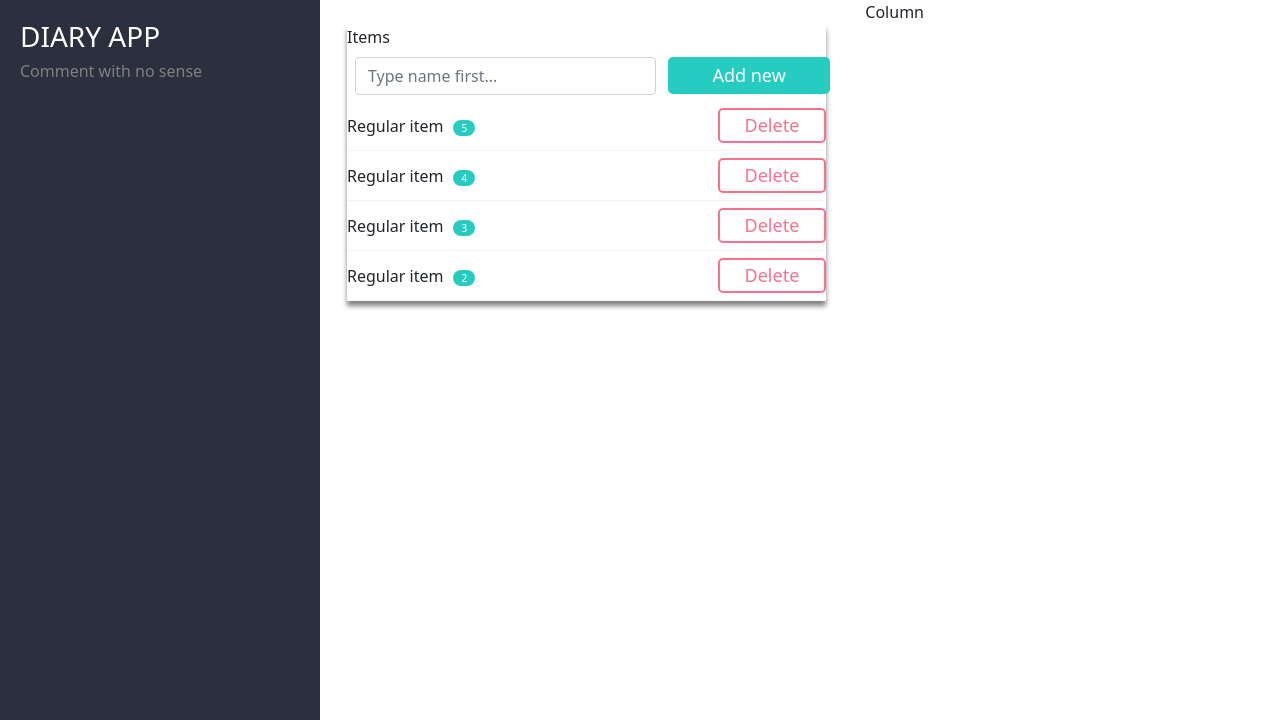
Repository: tsydikov/diary
Page: /
These files come from the project's save history. The page is drawn as it stood at one moment and after the next save; the edit follows.
The browser window is 1280 px wide. The pictures show the whole page.
The project was rebuilt for these pictures with package versions that can differ from the ones it lists, and the page was loaded fresh each time.

Above is the page before, as saved 2021-09-10 21:29:54.

### public/index.html
<!DOCTYPE html>
<html lang="en">
  <head>
    <meta charset="utf-8" />
    <meta name="viewport" content="width=device-width, initial-scale=1" />
    <link href="https://cdn.jsdelivr.net/npm/bootstrap@5.1.1/dist/css/bootstrap.min.css" rel="stylesheet" integrity="sha384-F3w7mX95PdgyTmZZMECAngseQB83DfGTowi0iMjiWaeVhAn4FJkqJByhZMI3AhiU" crossorigin="anonymous">
    <title>Diary App</title>
  </head>
  <body>
    <noscript>You need to enable JavaScript to run this app.</noscript>
    <div id="root"></div>
  </body>
</html>

### src/App.js
import React, { useState } from "react";
import Navbar from "./UI/Navbar/Navbar";
import './styles/App.css'
import Items from "./components/Items";
import ItemForm from "./components/ItemForm";

function App() {
  const [items, setItems] = useState([
    { id: 1, title: 'Regular item', comments: [1, 2, 3, 4, 5] },
    { id: 2, title: 'Regular item', comments: [1, 2, 3, 4] },
    { id: 3, title: 'Regular item', comments: [1, 2, 3] },
    { id: 4, title: 'Regular item', comments: [1, 2] },
  ])
  const createItem = (newItem) => {
    setItems([...items, newItem])
  }


  return (
    <div className="container-fluid" >
      <div className="row " >
        <div className="col-3 px-0" >
          <Navbar />
        </div>
        <div className="col-5">
          <div className="items_cotainer">
            <ItemForm create={createItem} />
            <Items items={items} />
          </div>
        </div>
        <div className="col-4">
          Column
    </div>
      </div>
    </div>
  );
}

export default App;

### src/UI/Navbar/Navbar.jsx
import React from 'react';
import cl from './Navbar.module.css'
// style={{background:'red'}}
const Navbar = () => {
    return (
        <div className={cl.container} >
            <h1>diary app</h1>
            <h3>Comment with no sense</h3>
        </div>
    );
};

export default Navbar;

### src/styles/App.css
* {
    margin: 0;
    padding: 0;
    box-sizing: border-box;
}

#root {
    display: flex;
    flex-direction: column;
    align-items: center;
}

.item_cotainer {
    display: flex;
    justify-content: space-between;
    align-items: center;
    padding: 5px 0;
}

.item_cotainer span {
    font-size: 10px;
    color: white;
    background-color: #27ccc0;
    border-radius: 20px;
    margin: 0 10px;
    padding: 1px 8px;
}

hr {
    margin: 2px 0;
    background: lightgray;
    /* background: tomato; */
}

.items_cotainer {
    box-shadow: 0 5px 5px grey;
    margin: 15px;
    margin-top: 25px;
}

### src/components/Items.jsx
import React from 'react';
import Item from './Item';

const Items = ({items}) => {

    return (
        <div>
            {items.map(item =>
                <div>
                    <Item item={item} key={item.id} />
                    <hr />
                </div>
            )}
        </div>
    );
};

export default Items;

### src/components/ItemForm.jsx
import React, { useState } from 'react';
import Button from '../UI/Buttons/Button';

const ItemForm = ({create}) => {
    const [title, setTitle] = useState('')

    const addNewItem = (e) => {
        e.preventDefault()
        const newItem = {
          id: Date.now(),
          title,
          comments: []
        }
        create(newItem)
        setTitle('')
      }

    return (
        <div className="container-fluid px-0" >
            Items
            <div className="row p-2">
              <div className="col-8 ">
                <input
                  value={title}
                  onChange={e => setTitle(e.target.value)}
                  className="form-control me-2"
                  type="text"
                  placeholder="Type name first..."
                />
              </div>
              <div className="col-4 p-0">
                <Button onClick={addNewItem} >Add new</Button>
              </div>
            </div>
          </div>
    );
};

export default ItemForm;

### src/UI/Navbar/Navbar.module.css
.container {
    background: #2b2f3e;
    height: 100vh;
    padding: 20px;
    /* width: initial; */
}

.container h1 {
    text-transform: uppercase;
    color:white;
    font-size: 28px;
    font-weight:200;
}

.container h3 {
    color:grey;
    font-size: 16px;
    font-weight:200;
}

### src/components/Item.jsx
import React from 'react';
import ButtonDelete from '../UI/Buttons/ButtonDelete';

const Item = (props) => {
    return (
        <div className="item_cotainer">
              <div>
                {props.item.title}<span>{props.item.comments.length}</span>
              </div>
              <ButtonDelete>
                Delete
                </ButtonDelete>
            </div>
    );
};

export default Item;

### src/UI/Buttons/Button.jsx
import React from 'react'
import cl from "./Button.module.css";

const Button = ({ children, ...props }) => {
    return (
        <button {...props} className={cl.Btn}>
            {children}
        </button>
    )
}

export default Button;

### src/UI/Buttons/ButtonDelete.jsx
import React from 'react'
import cl from "./Button.module.css";

const ButtonDelete = ({ children, ...props }) => {
    return (
        <button {...props} className={cl.BtnDel}>
            {children}
        </button>
    )
}

export default ButtonDelete;

### src/UI/Buttons/Button.module.css
.Btn {
    padding: 5px 10px;
    color: white;
    font-size: 18px;
    border: none;
    cursor: pointer;
    background-color: #27ccc0;
    border-radius: 5px;
    display:flex;
    align-items:stretch;
    justify-content: center;
    text-align: center;
    width: 100%;
}
.BtnDel {
    padding: 2px 25px;
    color: #fb718d;
    font-size: 18px;
    border: 2px solid #fb718d;
    cursor: pointer;
    background-color: white;
    border-radius: 5px;
    display:flex;
    align-items:stretch;
    text-align: center;
}

/* .BtnCancel svg {
    height: 1rem;
    padding-right: 5px;
    padding-bottom: 3px;
} */

Loaded but not shown: src/index.js (common file)

After the next save:
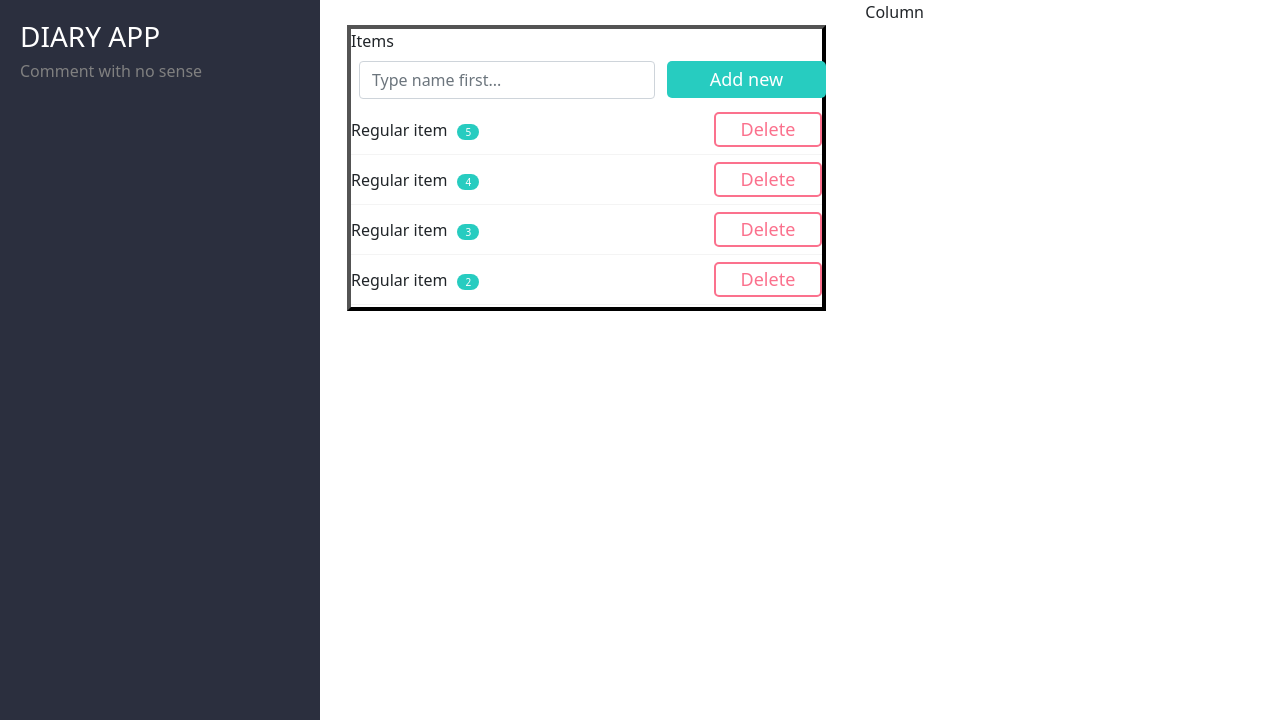
Saved 86 s later.
--- a/src/styles/App.css
+++ b/src/styles/App.css
@@ -33,7 +33,7 @@ hr {
 }
 
 .items_cotainer {
-    box-shadow: 0 5px 5px grey;
+    border: 4px outset black;
     margin: 15px;
     margin-top: 25px;
 }
